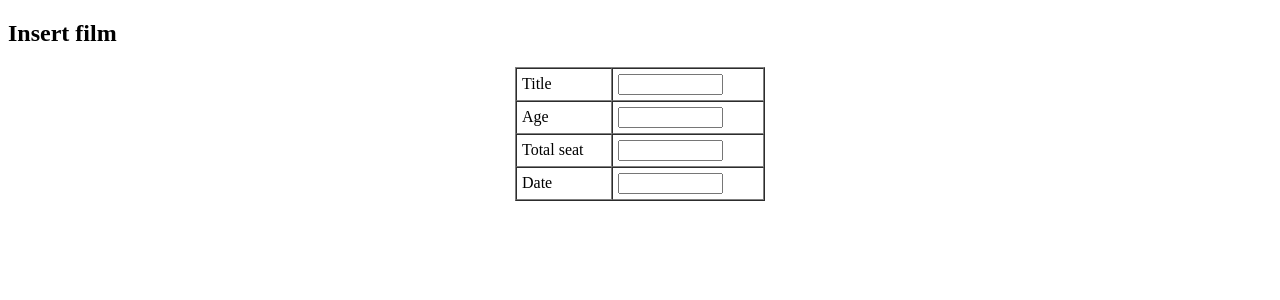
Repository: lmcoa15/Movie
Page: http://localhost/movie/admin/admin_Insert_film.jsp
The author's editor kept a copy of each file at every save. The page is drawn from the files as they stood at one save, then again after the next save.
The browser window is 1280 px wide. The pictures show the whole page.
The page is served by Tomcat 9. Other server files are loaded and not shown.

Above is the page before, as saved 2015-12-06 09:29:43.

### workspace/movie/WebContent/admin/admin_Insert_film.jsp
<%@ page language="java" contentType="text/html; charset=UTF-8"
    pageEncoding="UTF-8"%>
<!DOCTYPE html PUBLIC "-//W3C//DTD HTML 4.01 Transitional//EN" "http://www.w3.org/TR/html4/loose.dtd">
<html>
<head>
<meta http-equiv="Content-Type" content="text/html; charset=UTF-8">
<title>Insert title here</title>
</head>
<body>
<h2>Insert film</h2>

<table width="250" border="1"align="center" cellspacing="0"
												cellpadding="5">
	<tr>
		<td>Title</td>
		<td><input type="text" name="name_film" size=10></td>
	</tr>
	<tr>
		<td>Age</td>
		<td><input type="text" name="age_phase" size=10></td>
	</tr>
	<tr>
		<td>Total seat</td>
		<td><input type="text" name="seat_num" size=10></td>
	</tr>
	<tr>
		<td>Date</td>
		<td><input type="text" name="watch_date" size=10></td>
	</tr>
</table>
</body>
</html>

After the next save:
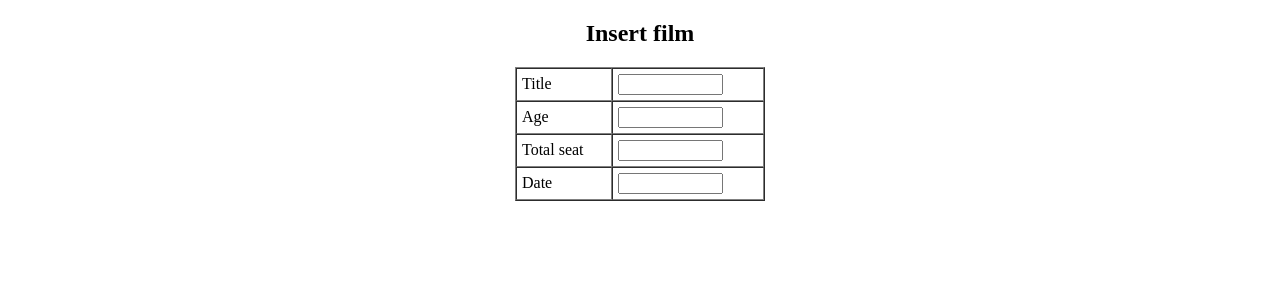
Saved 34 s later.
--- a/workspace/movie/WebContent/admin/admin_Insert_film.jsp
+++ b/workspace/movie/WebContent/admin/admin_Insert_film.jsp
@@ -7,7 +7,7 @@
 <title>Insert title here</title>
 </head>
 <body>
-<h2>Insert film</h2>
+<h2 align="center">Insert film</h2>
 
 <table width="250" border="1"align="center" cellspacing="0"
 												cellpadding="5">
